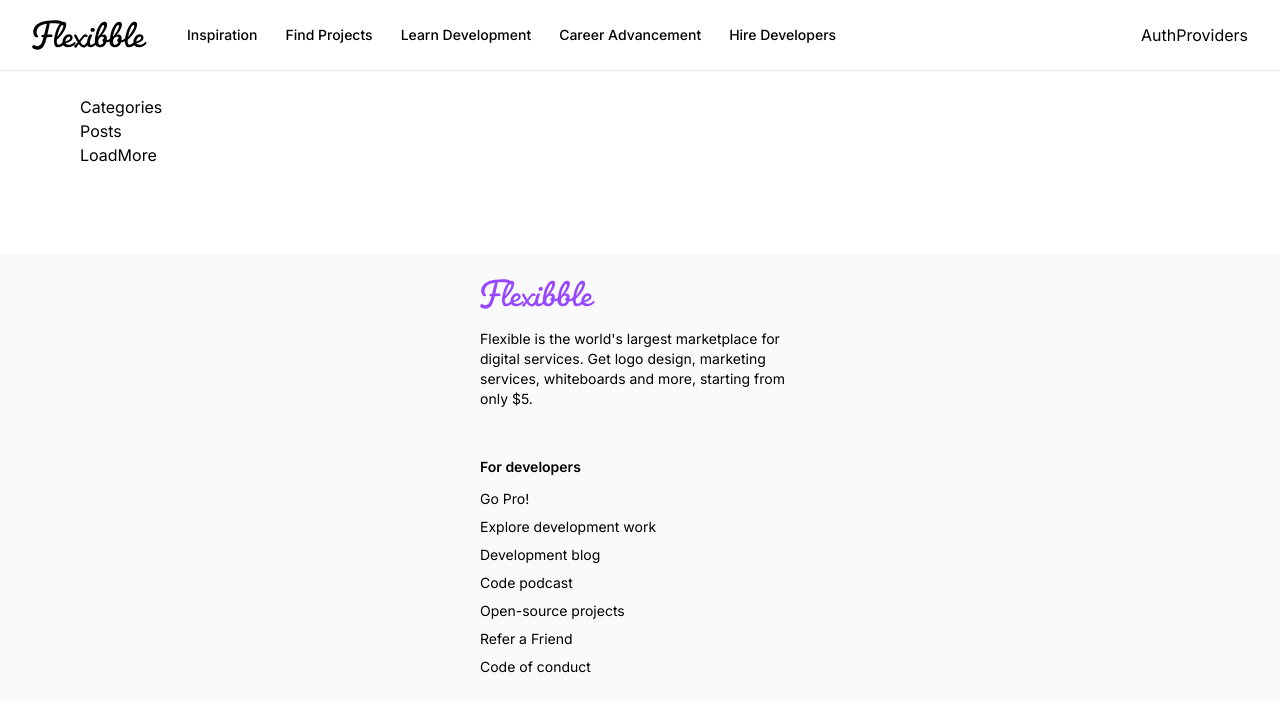
Repository: YUKIKAZE-nanoda/shigure_grafbase
Page: /
These files come from the project's save history. The page is drawn as it stood at one moment and after a run of saves; the edit follows.
The browser window is 1280 px wide. The pictures show the whole page.
The project was rebuilt for these pictures with package versions that can differ from the ones it lists, and the page was loaded fresh each time. The framework's server and built-in components were replaced by stand-ins that run in the browser. Also part of the build but not shown: next.config.js.

Above is the page before, as saved 2023-07-15 11:31:08.

### app/layout.tsx
import './globals.css'
import Footer from '@/components/Footer'
import Navbar from '@/components/Navbar'
export const metadata = {
  title: 'Flexibble',
  description: 'Showcase of flexbox layouts',
}

export default function RootLayout({
  children,
}: {
  children: React.ReactNode
}) {
  return (
    <html lang="en">

      <body>
        <Navbar />
        <main>{children}</main>
      </body>
      <Footer />
    </html>
  )
}

### app/page.tsx
const Home = () => {
    return (

        <section className="flex-start flex-col paddings mb-16">
            <h1>Categories</h1>
            <h1>Posts</h1>
            <h1>LoadMore</h1>
        </section>

    )
}

export default Home;

### components/Footer.tsx
import Image from "next/image";
import { footerLinks } from "@/constants";
import Link from "next/link";

type ColumnProps = {
    title: string;
    links: Array<string>;
}
const FooterColumn = ({ title, links }: ColumnProps) => (
    <div className="footer_column">
        <h4 className="font-semibold">{title}</h4>
        <ul className="flex flex-col gap-2 font-normal">
            {links.map((link) => <Link href="/" key={link}>{link}</Link>)}
        </ul>
    </div>
);
const Footer = () => {
    return <footer className="flexStart footer">
        <div className="flex flex-col gap-12 ">
            <div className=" flex items-start flex-col">
                <Image
                    src="/logo-purple.svg"
                    width={115}
                    height={38}
                    alt="Flexibble"

                />
                <p className="text-start text-sm font-normal mt-5 max-w-xs">
                    Flexible is the world's largest marketplace for digital services. Get logo design, marketing services, whiteboards and more, starting from only $5.

                </p>
            </div>
            <div className="flex flex-wrap gap-12">
                <FooterColumn
                    title={footerLinks[0].title}
                    links={footerLinks[0].links}

                />

            </div>
        </div>
    </footer>
}

export default Footer;

### components/Navbar.tsx
import Link from 'next/link';
import Image from 'next/image';
import { NavLinks } from '@/constants';
import AuthProviders from './AuthProviders';
const Navbar = () => {
    const session = null;
    return (
        <nav className="flexBetween navbar">
            <div className="flex-1 flexStart gap-10">
                <Link href="/">
                    <Image
                        src="/logo.svg"
                        width={115}
                        height={43}
                        alt="Flexibble"
                    />
                </Link>
                <ul className='xl:flex hidden text-small gap-7'>
                    {NavLinks.map((link) => (
                        <Link href={link.href} key={link.key}>
                            {link.text}
                        </Link>
                    ))}
                </ul>
            </div>
            <div className='flexCenter gap-4'>
                {session ? (
                    <>
                        UserPhoto
                        <Link href="/create-project">
                            Share you work
                        </Link>
                    </>
                ) : (
                    <AuthProviders></AuthProviders>
                )}
            </div>
        </nav>
    );
}

export default Navbar;

Loaded but not shown: app/globals.css (common file); constants/index.ts (common file); components/AuthProviders.tsx (common file); tailwind.config.js (common file)

After the next 3 saves:
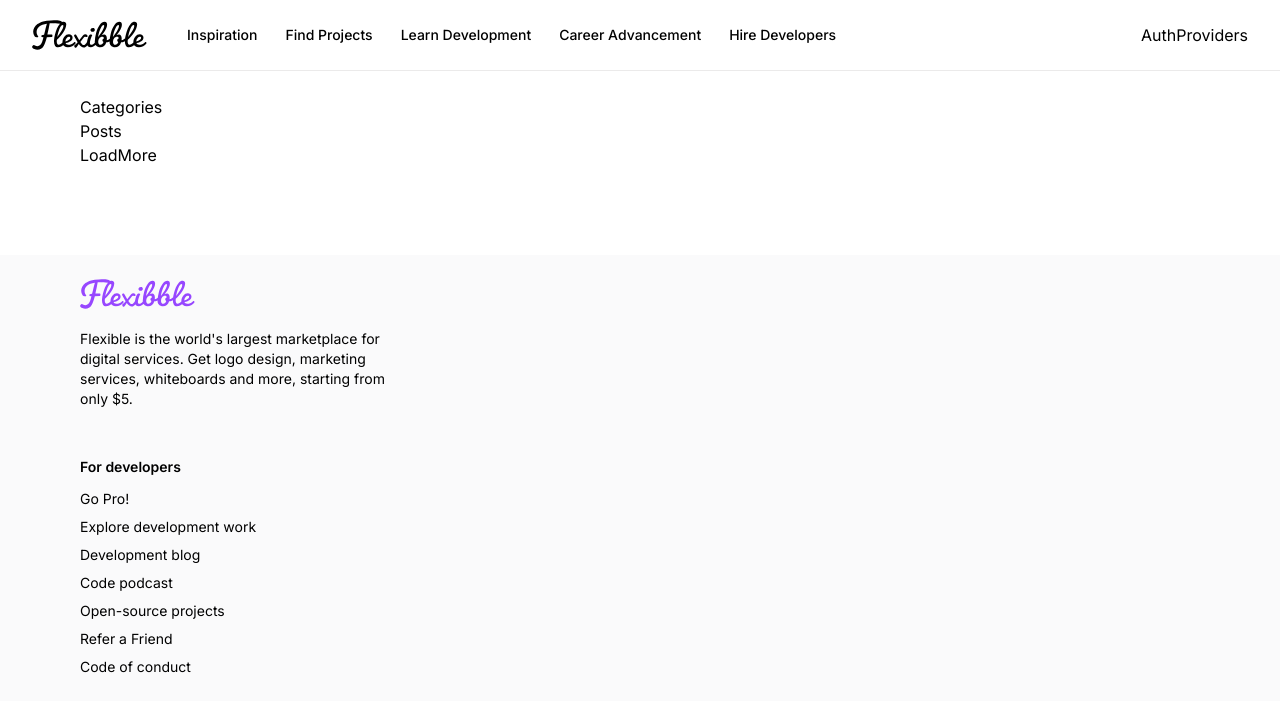
The 3 saves are shown as one change because they came seconds apart.
The last was saved 48 s later.
--- a/components/Footer.tsx
+++ b/components/Footer.tsx
@@ -15,7 +15,7 @@
     </div>
 );
 const Footer = () => {
-    return <footer className="flexStart footer">
+    return <footer className="flex footer">
         <div className="flex flex-col gap-12 ">
             <div className=" flex items-start flex-col">
                 <Image

After the save that followed:
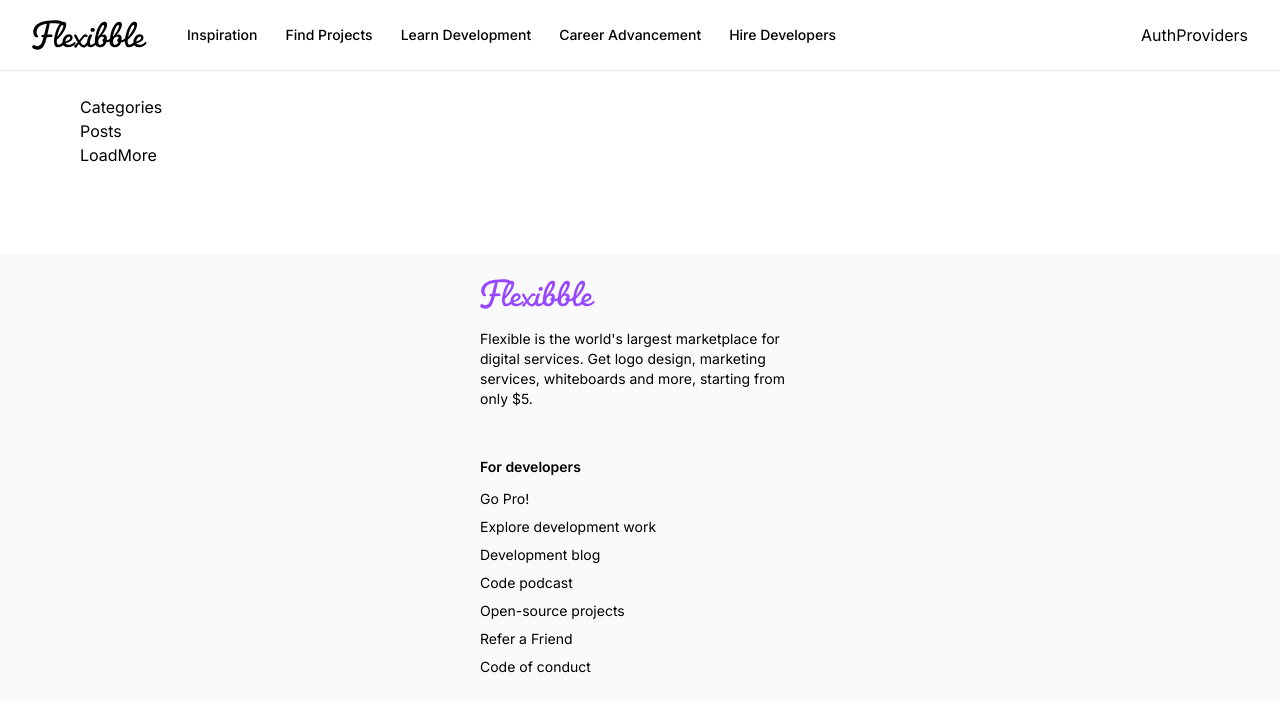
Saved 4 s later.
--- a/components/Footer.tsx
+++ b/components/Footer.tsx
@@ -15,7 +15,7 @@
     </div>
 );
 const Footer = () => {
-    return <footer className="flex footer">
+    return <footer className="flexStart footer">
         <div className="flex flex-col gap-12 ">
             <div className=" flex items-start flex-col">
                 <Image
